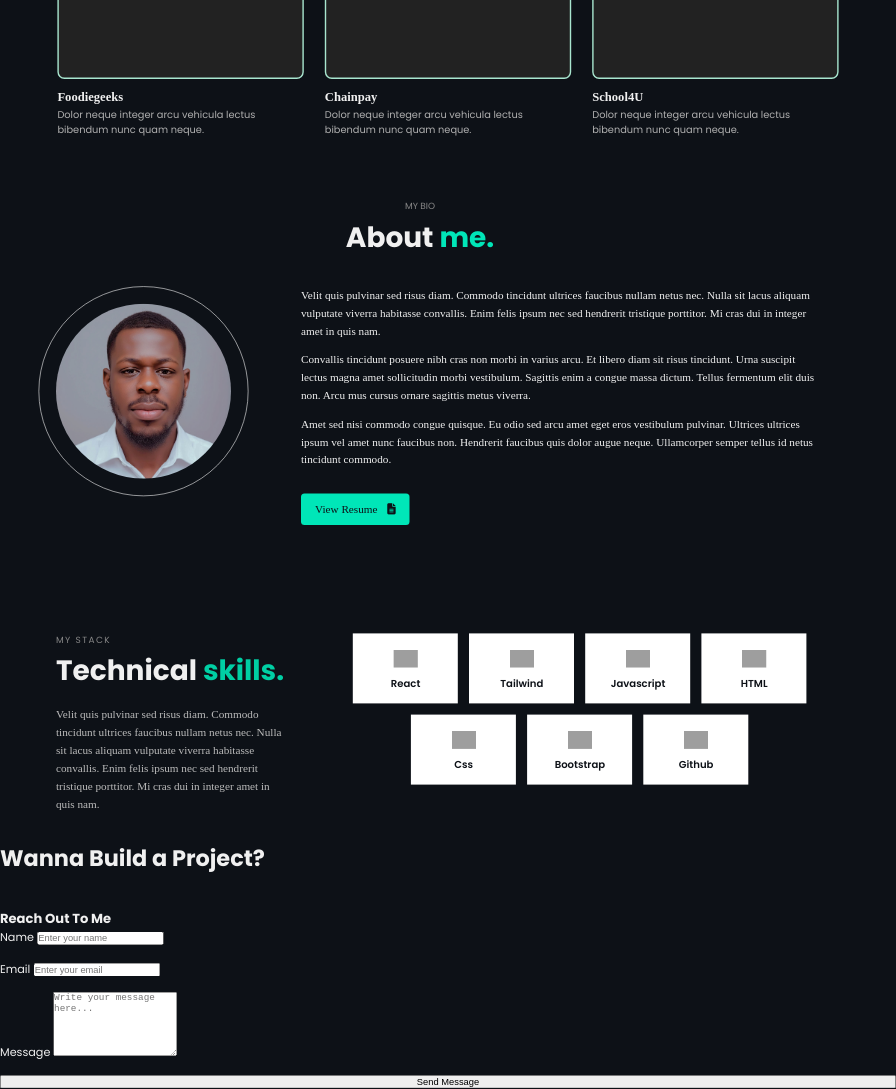
Repository: Austinokezie/Myportfolio
Page: index.html
The author's editor kept a copy of each file at every save. The page is drawn from the files as they stood at one save, then again after the next save.
The browser window is 1280 px wide. The pictures show the part of the page from y = 1767 to 3687 px (the page is 3322 px tall before and 3687 px after), at 70% of full size.
Pictures or frames that could not be fetched are drawn as grey boxes. Some web fonts or font styles are not loaded; a fallback is used.

Above is the page before, as saved 2025-10-15 00:16:39.

After the next save:
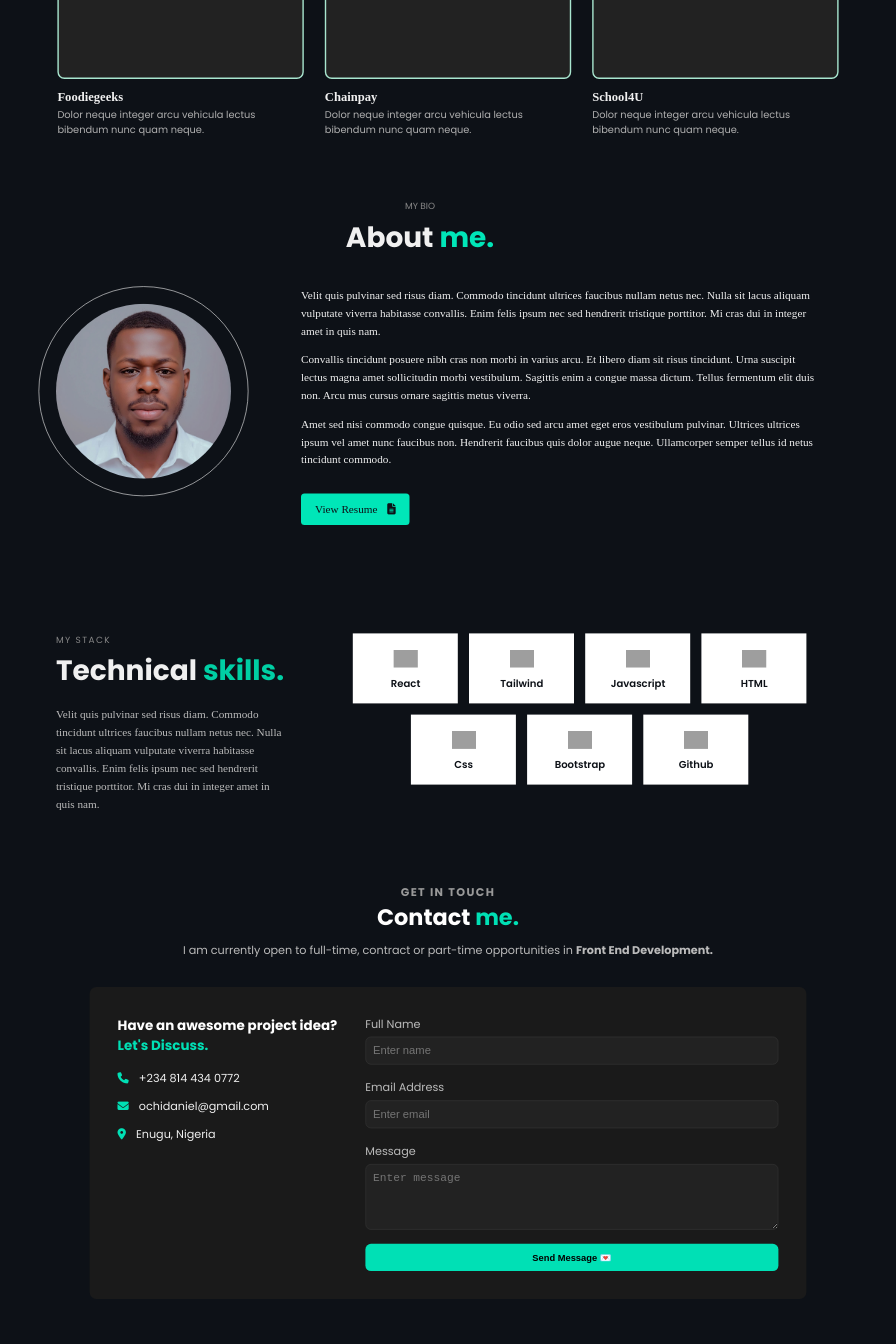
Saved 4 s later.
--- a/index.html
+++ b/index.html
@@ -207,29 +207,48 @@
 
     </div>
 
-    <div class="contact-section">
-        <h2 class="main-heading">
-            <span class="dot"></span> Wanna Build a Project?
-        </h2>
-        <div class="form-container">
-            <h3 class="form-title">Reach Out To Me</h3>
-            <form action="#" method="POST" class="contact-form">
-                <div class="form-group">
-                    <label for="name">Name</label>
-                    <input type="text" id="name" name="name" placeholder="Enter your name" required>
-                </div>
-                <div class="form-group">
-                    <label for="email">Email</label>
-                    <input type="email" id="email" name="email" placeholder="Enter your email" required>
-                </div>
-                <div class="form-group">
-                    <label for="message">Message</label>
-                    <textarea id="message" name="message" rows="6" placeholder="Write your message here..." required></textarea>
-                </div>
-                <button type="submit" class="submit-button">Send Message</button>
+   <section class="contact" id="contact">
+        <div class="contact-header">
+          <h4>GET IN TOUCH</h4>
+          <h2>Contact <span>me.</span></h2>
+           <p>
+              I am currently open to full-time, contract or part-time opportunities in
+              <strong>Front End Development.</strong>
+           </p>
+       </div>
+
+       <div class="contact-container">
+          <!-- Left side -->
+           <div class="contact-info">
+              <h3>Have an awesome project idea?<br><span>Let's Discuss.</span></h3>
+                <ul>
+                   <li><i class="fas fa-phone"></i> +234 814 434 0772</li>
+                   <li><i class="fas fa-envelope"></i> ochidaniel@gmail.com</li>
+                  <li><i class="fas fa-map-marker-alt"></i> Enugu, Nigeria</li>
+               </ul>
+           </div>
+
+          <!-- Right side -->
+          <form class="contact-form">
+               <div class="input-group">
+                  <label for="name">Full Name</label>
+                  <input type="text" id="name" placeholder="Enter name" required />
+               </div>
+
+               <div class="input-group">
+                  <label for="email">Email Address</label>
+                  <input type="email" id="email" placeholder="Enter email" required />
+               </div>
+
+                <div class="input-group">
+                  <label for="message">Message</label>
+                  <textarea id="message" rows="4" placeholder="Enter message" required></textarea>
+               </div>
+
+                 <button type="submit" class="btn">Send Message 💌</button>
             </form>
-        </div>
-    </div>
+         </div>
+    </section>
 
 
 
